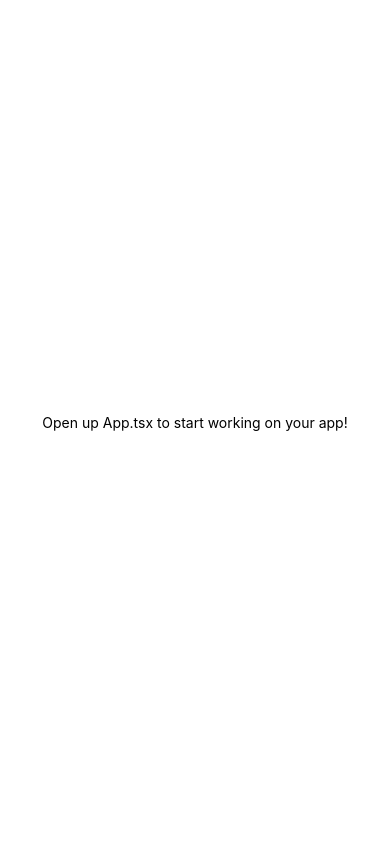
Repository: duongnoob23/WIND_SPEED_IOT
Screen: /Home
These files come from the project's save history. The screen is drawn as it stood at one moment and after the next save; the edit follows.
The app was drawn by React Native's web renderer in a window 390 px wide. The project was rebuilt for these pictures with package versions that can differ from the ones it lists, and the page was loaded fresh each time.

Above is the screen before, as saved 2025-03-10 15:10:05.

### App.tsx
import { StatusBar } from "expo-status-bar";
import { StyleSheet, Text, View } from "react-native";

export default function App() {
  return (
    <View style={styles.container}>
      <Text>Open up App.tsx to start working on your app!</Text>
      <StatusBar style="auto" />
    </View>
  );
}

const styles = StyleSheet.create({
  container: {
    display: "flex",
    flex: 1,
    backgroundColor: "grean",
    alignItems: "center",
    justifyContent: "center",
  },
});

After the next save:
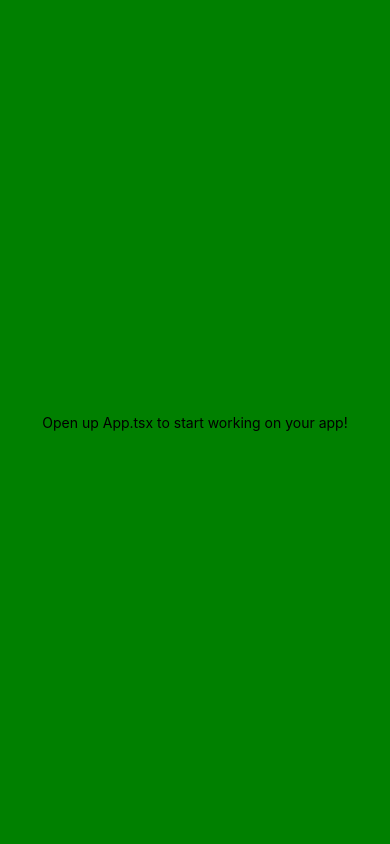
Saved 4 s later.
--- a/App.tsx
+++ b/App.tsx
@@ -14,7 +14,7 @@
   container: {
     display: "flex",
     flex: 1,
-    backgroundColor: "grean",
+    backgroundColor: "green",
     alignItems: "center",
     justifyContent: "center",
   },

After the 2 saves that followed:
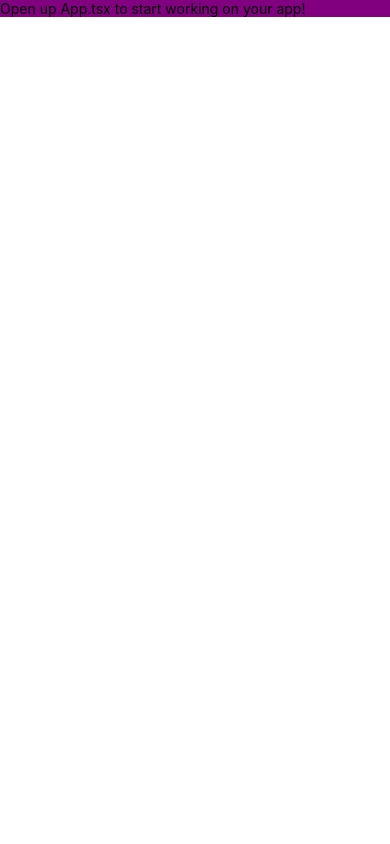
The 2 saves are shown as one change because 1 did not build or start.
The last was saved 54 s later.
--- a/App.tsx
+++ b/App.tsx
@@ -3,19 +3,15 @@
 
 export default function App() {
   return (
-    <View style={styles.container}>
+    <View style={css.frontEnd}>
       <Text>Open up App.tsx to start working on your app!</Text>
       <StatusBar style="auto" />
     </View>
   );
 }
 
-const styles = StyleSheet.create({
-  container: {
-    display: "flex",
-    flex: 1,
-    backgroundColor: "green",
-    alignItems: "center",
-    justifyContent: "center",
+const css = StyleSheet.create({
+  frontEnd: {
+    backgroundColor: "purple",
   },
 });
